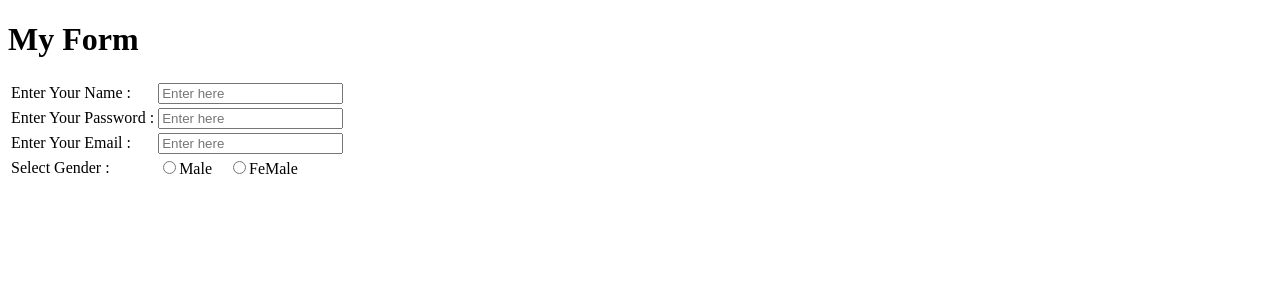
Repository: Kamleshmaury/CoreJava
Page: RegistrationForm/src/main/webapp/index.html
An editor plug-in stored every save of this project. The page is shown before and after the next save, followed by the edit.
The browser window is 1280 px wide. The pictures show the whole page.

Above is the page before, as saved 2022-10-18 08:04:18.

### RegistrationForm/src/main/webapp/index.html
<!DOCTYPE html>
<html>
<head>
<meta charset="UTF-8">
<title>Registration Form</title>
</head>
<body>
	<div class="container">
		<h1>My Form</h1>
		<form action="RegistrationServlet" method="post">
			<table>
				<tr>
					<td>Enter Your Name : </td>
					<td> <input type ="text" name="name" placeholder="Enter here"></td>
				</tr>
				<tr>
					<td>Enter Your Password : </td>
					<td> <input type ="password" name="password" placeholder="Enter here"></td>
				</tr>
				<tr>
					<td>Enter Your Email : </td>
					<td> <input type ="email" name="email" placeholder="Enter here"></td>
				</tr>
				<tr>
					<td>Select Gender : </td>
					<td><input type="radio" name="gender" value="male">Male &nbsp; &nbsp;<input type="radio" name="gender" value="female">FeMale </td>
				</tr>
			</table>

		</form>
	</div>
</body>
</html>

After the next save:
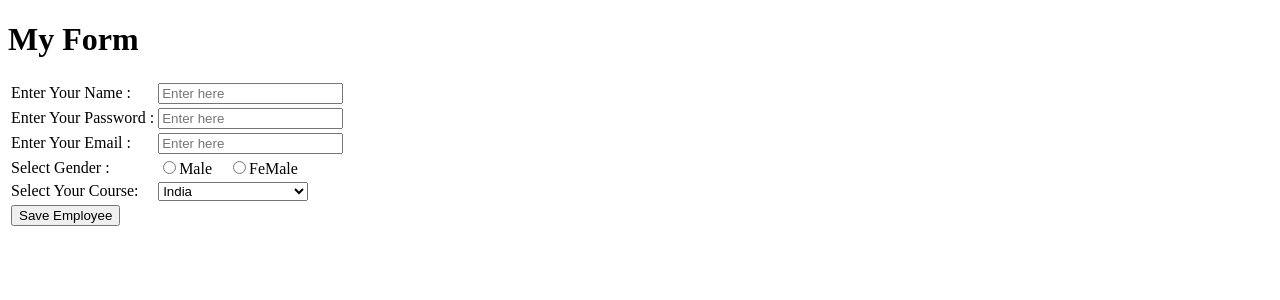
Saved 77 s later.
--- a/RegistrationForm/src/main/webapp/index.html
+++ b/RegistrationForm/src/main/webapp/index.html
@@ -25,6 +25,16 @@
 					<td>Select Gender : </td>
 					<td><input type="radio" name="gender" value="male">Male &nbsp; &nbsp;<input type="radio" name="gender" value="female">FeMale </td>
 				</tr>
+
+				<tr><td>Select Your Course:</td><td>
+				<select name="country" style="width:150px">
+				<option>India</option>
+				<option>USA</option>
+				<option>China</option>
+				<option>Other</option>
+			</select>
+			</td></tr>
+			<tr><td colspan="2"><input type="submit" value="Save Employee"/></td></tr>
 			</table>
 
 		</form>
